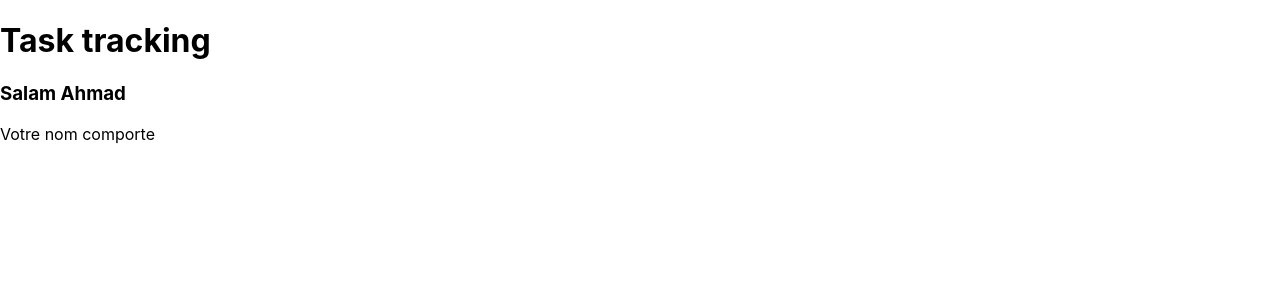
Repository: feyroozecode/task_tracker
Page: /
The author's editor kept a copy of each file at every save. The page is drawn from the files as they stood at one save, then again after a run of saves.
The browser window is 1280 px wide. The pictures show the whole page.
The project was rebuilt for these pictures with package versions that can differ from the ones it lists, and the page was loaded fresh each time. Also part of the build but not shown: src/App.css.

Above is the page before, as saved 2023-10-19 12:20:15.

### public/index.html
<!DOCTYPE html>
<html lang="en">
  <head>
    <meta charset="utf-8" />
    <link rel="icon" href="%PUBLIC_URL%/favicon.ico" />
    <meta name="viewport" content="width=device-width, initial-scale=1" />
    <meta name="theme-color" content="#000000" />
    <meta
      name="description"
      content="Web site created using create-react-app"
    />
    <link rel="apple-touch-icon" href="%PUBLIC_URL%/logo192.png" />

    <link rel="manifest" href="%PUBLIC_URL%/manifest.json" />

    <title>React App</title>
  </head>
  <body>
    <noscript>You need to enable JavaScript to run this app.</noscript>

    <div id="root"></div>

  </body>
</html>

### src/App.js
import './App.css';

function App() {
  const userName = 'Ahmad'

  return (
    <div className="container">
      <h1>Task tracking </h1>
      <h3>Salam {userName} </h3>

      <p>Votre nom comporte  { userName.length.toString } </p>
    </div>
  );
}

export default App;

Loaded but not shown: src/index.js (common file); src/index.css (common file)

After the next 2 saves:
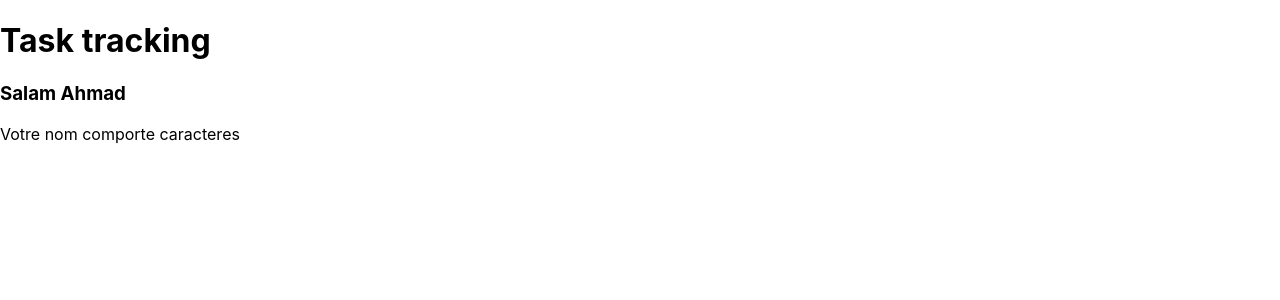
The 2 saves are shown as one change because they came seconds apart.
The last was saved 14 s later.
--- a/src/App.js
+++ b/src/App.js
@@ -8,7 +8,7 @@ function App() {
       <h1>Task tracking </h1>
       <h3>Salam {userName} </h3>
 
-      <p>Votre nom comporte  { userName.length.toString } </p>
+      <p>Votre nom comporte  { userName.length.toString } caracteres </p>
     </div>
   );
 }
